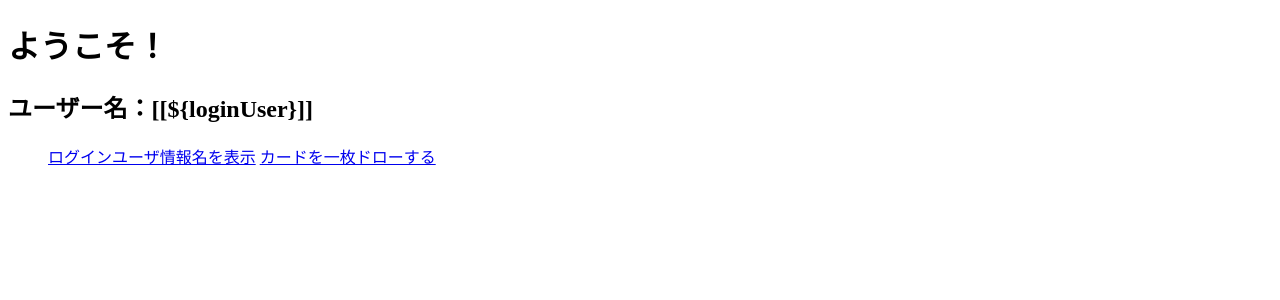
Repository: e1b21074/field_arena
Page: .log/field_arena/src/main/resources/templates/gamearea.html
These files come from the project's save history. The page is drawn as it stood at one moment and after the next save; the edit follows.
The browser window is 1280 px wide. The pictures show the whole page.

Above is the page before, as saved 2023-11-03 20:30:23.

After the next save:
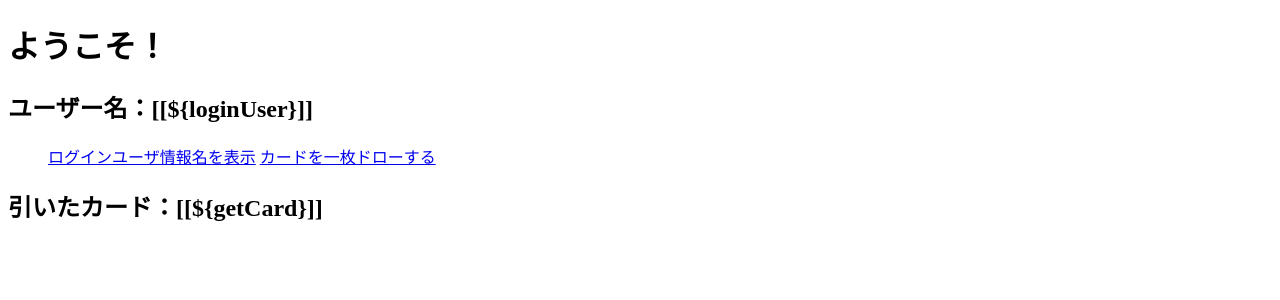
Saved 4 min 30 s later.
--- a/.log/field_arena/src/main/resources/templates/gamearea.html
+++ b/.log/field_arena/src/main/resources/templates/gamearea.html
@@ -12,5 +12,6 @@
         <a href="logininfo">ログインユーザ情報名を表示</a>
         <a href="drawcard">カードを一枚ドローする</a>
     </ul>
+    <h2>引いたカード：[[${getCard}]]</h2>
 </body>
 </html>
